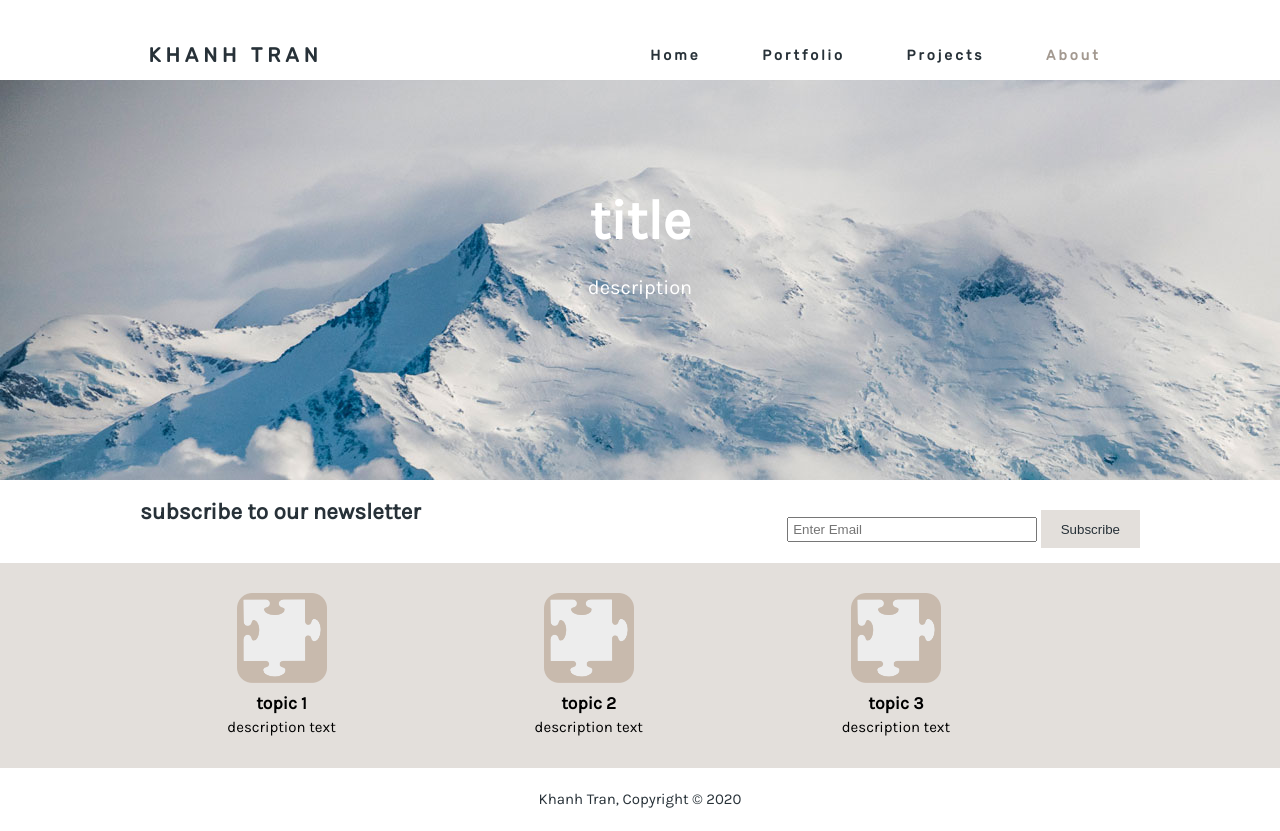
Repository: KTPo/KTPo.github.io
Page: about.html
The author's editor kept a record of every edit. The page is drawn from the files as they stood at one moment, then again after the next edit.
The browser window is 1280 px wide. The pictures show the whole page.

Above is the page before.

After the next edit:
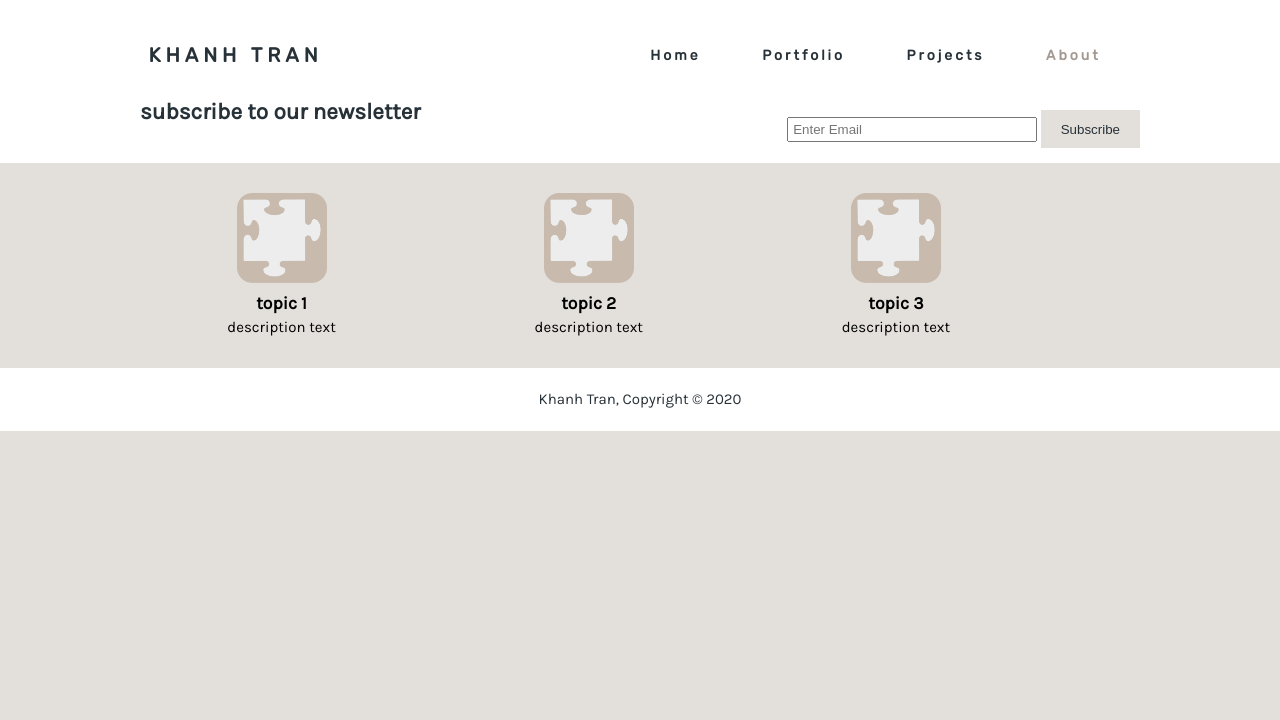
The edit:
--- a/about.html
+++ b/about.html
@@ -39,12 +39,6 @@
         </header>
         <script src = "app.js" type='text/javascript'></script>
 
-        <section id = "showcase">
-            <div class = "container">
-                <h1>title</h1>
-                <p>description</p>
-            </div>
-        </section>
 
         <section id = "newsletter">
             <div class = "container">
